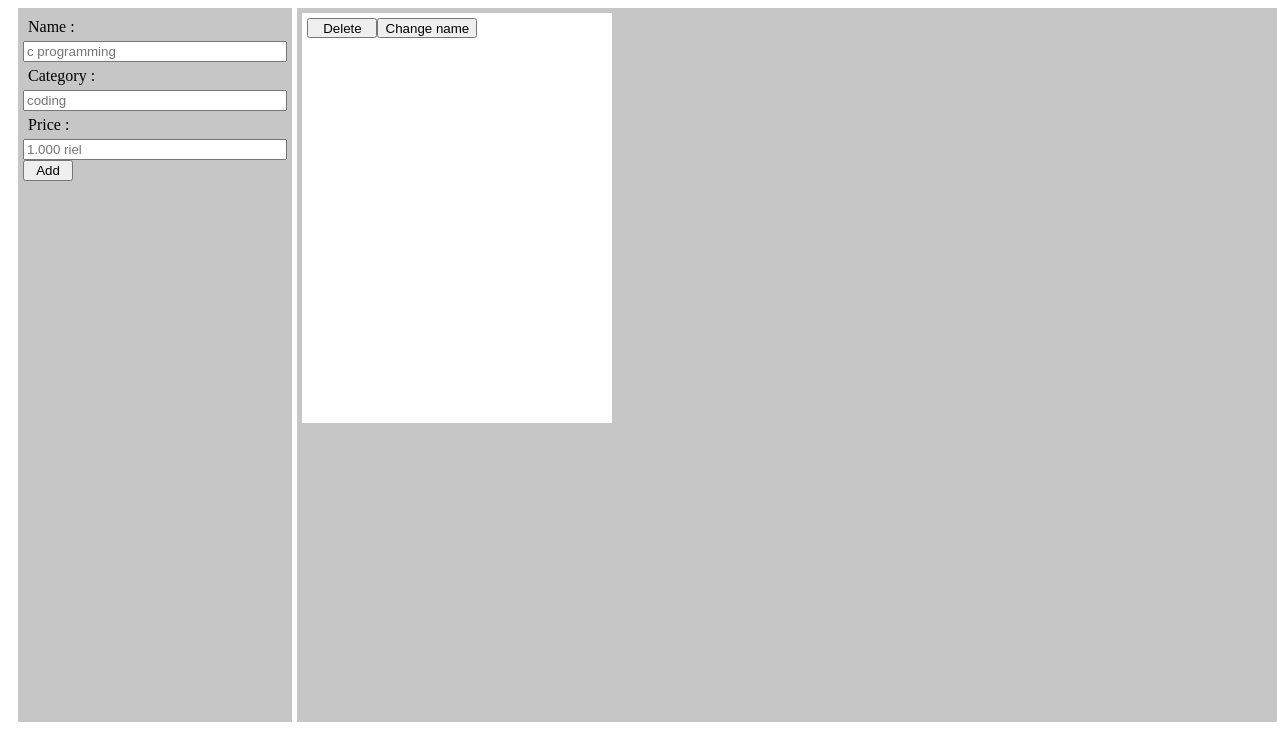
Repository: Sarah7223/internet-programming-tp
Page: TP2/TP02.6.html
An editor plug-in stored every save of this project. The page is shown before and after the next save, followed by the edit.
The browser window is 1280 px wide. The page is 1282 px wide, so the pictures cover 1282 px, including what lies to the right of the window. The pictures show the whole page.

Above is the page before, as saved 2023-01-14 12:52:48.

After the next save:
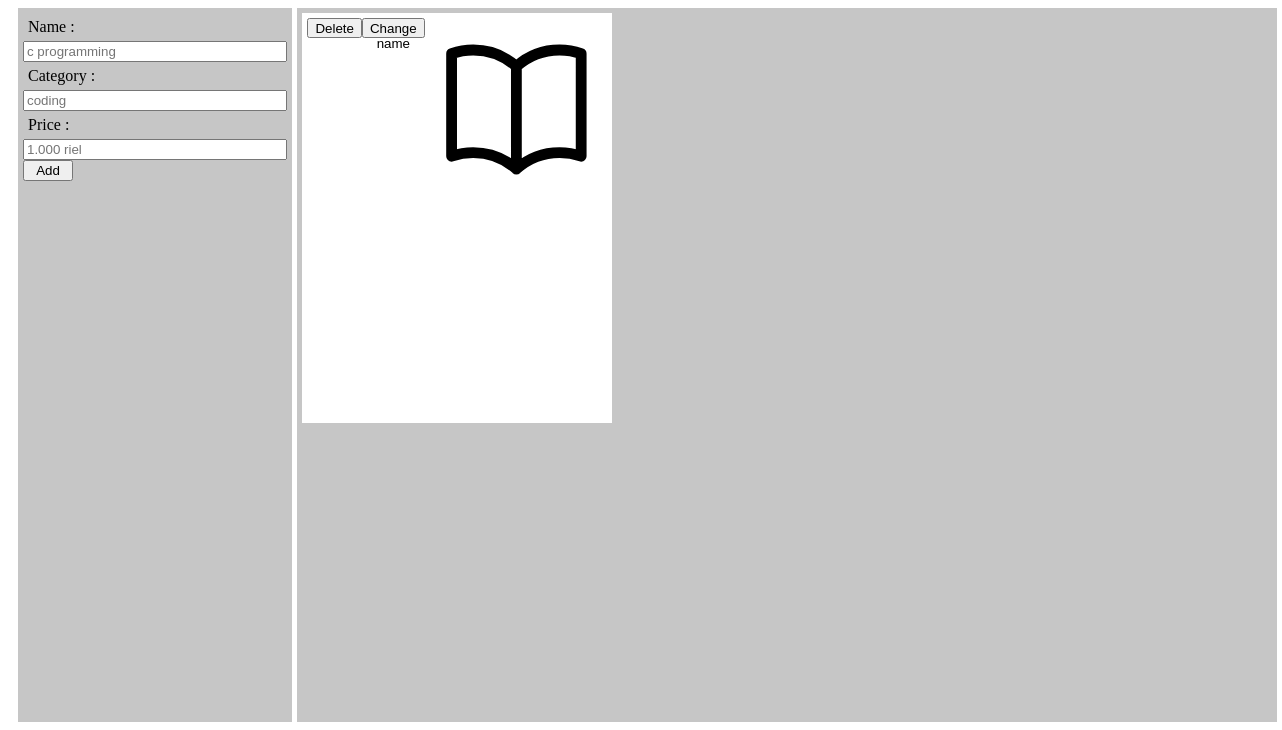
Saved 105 s later.
--- a/TP2/TP02.6.html
+++ b/TP2/TP02.6.html
@@ -35,6 +35,10 @@
             height:400px;
             background-color: white;
         }
+        .icon{
+            width: 500px;
+            height:500px;
+        }
 
 
     </style>
@@ -54,6 +58,12 @@
             <div class="box">
                 <button style="width:70px;height:20px;">Delete</button>
                 <button style="width:100px;height:20px;">Change name</button>
+                <div class="icon">
+                    <svg xmlns="http://www.w3.org/2000/svg" fill="none" viewBox="0 0 24 24" stroke-width="1.5" stroke="currentColor" class="w-6 h-6">
+                        <path stroke-linecap="round" stroke-linejoin="round" d="M12 6.042A8.967 8.967 0 006 3.75c-1.052 0-2.062.18-3 .512v14.25A8.987 8.987 0 016 18c2.305 0 4.408.867 6 2.292m0-14.25a8.966 8.966 0 016-2.292c1.052 0 2.062.18 3 .512v14.25A8.987 8.987 0 0018 18a8.967 8.967 0 00-6 2.292m0-14.25v14.25" />
+                      </svg>
+
+                </div>
 
             </div>
 
